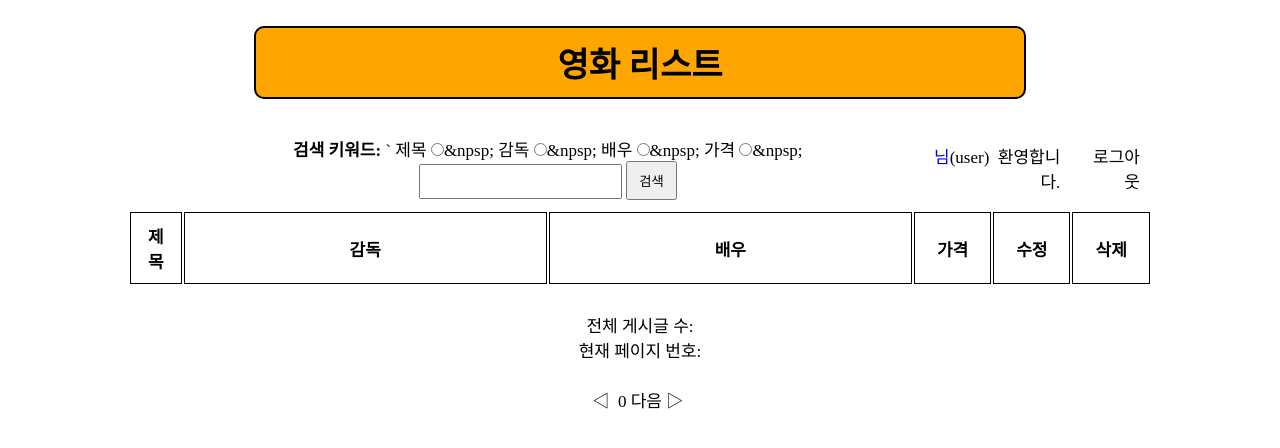
Repository: EverythingOfC/movie
Page: http://localhost/movie/movie/list.jsp
An editor plug-in stored every save of this project. The page is shown before and after the next save, followed by the edit.
The browser window is 1280 px wide. The pictures show the whole page.
The page is served by Tomcat 9. Nobody is signed in. The application's start-up code is not run. The template is opened directly, without the code that normally fills it, so the values that code supplies are empty.

Above is the page before, as saved 2023-01-03 10:04:26.

After the next save:
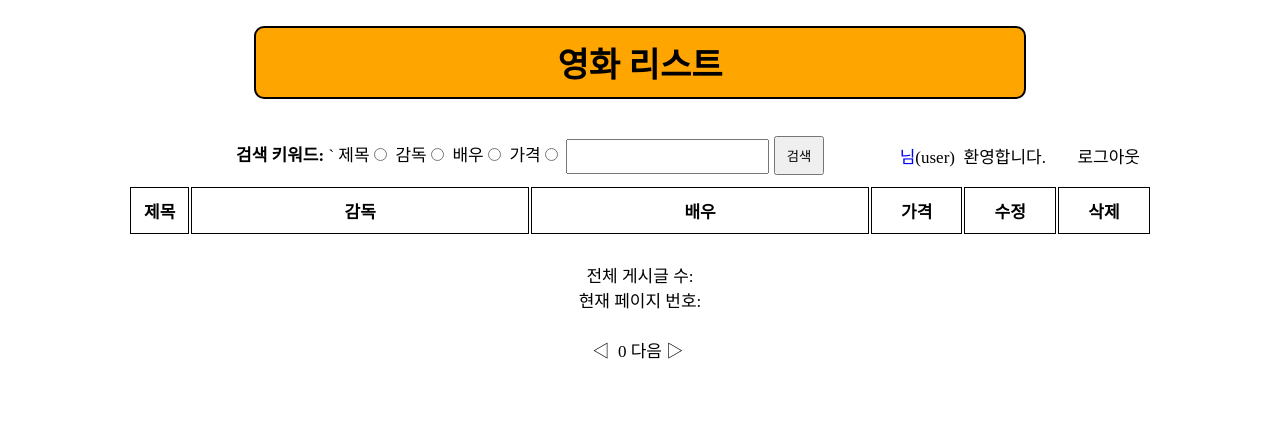
Saved 13 s later.
--- a/movie/src/main/webapp/movie/list.jsp
+++ b/movie/src/main/webapp/movie/list.jsp
@@ -25,16 +25,16 @@
 				<b>검색 키워드:</b>
 				`
 				<label for="title">제목</label>
-				<input type="radio" name="column" value="title" id="title">&npsp;
+				<input type="radio" name="column" value="title" id="title">&nbsp;
 
 				<label for="director">감독</label>
-				<input type="radio" name="column" value="director" id="director">&npsp;
+				<input type="radio" name="column" value="director" id="director">&nbsp;
 
 				<label for="actor">배우</label>
-				<input type="radio" name="column" value="actor" id="actor">&npsp;
+				<input type="radio" name="column" value="actor" id="actor">&nbsp;
 
 				<label for="price">가격</label>
-				<input type="radio" name="column" value="price" id ="price">&npsp;
+				<input type="radio" name="column" value="price" id ="price">&nbsp;
 
 				<input type="text" name="search" style="padding:8px 11px;">
 				<input type="submit" value="검색" style="padding:8px 11px;">
